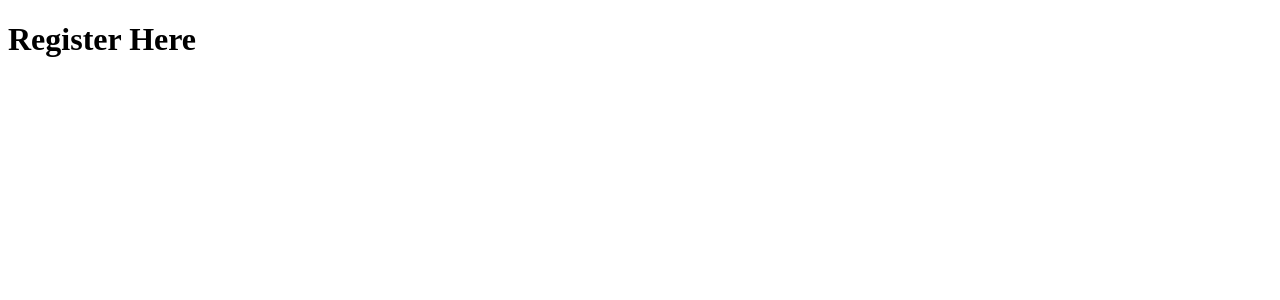
Repository: sunil965/JavaRepo
Page: WebProject/WebContent/registration.html
An editor plug-in stored every save of this project. The page is shown before and after the next save, followed by the edit.
The browser window is 1280 px wide. The pictures show the whole page.

Above is the page before, as saved 2017-04-26 12:19:28.

After the next save:
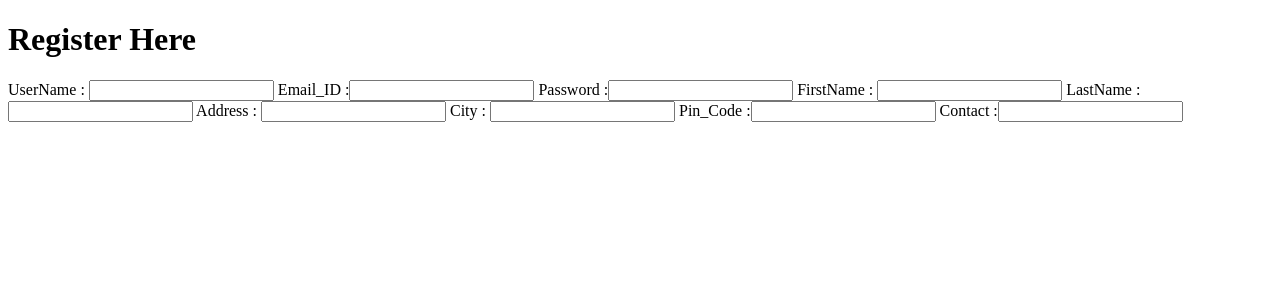
Saved 9 min 17 s later.
--- a/WebProject/WebContent/registration.html
+++ b/WebProject/WebContent/registration.html
@@ -6,6 +6,16 @@
 </head>
 <body>
 <h1>Register Here</h1>
-<form action="RegisterServlet" method="post"></form>
+<form action="RegisterServlet" method="post">
+ UserName : <input type="text" name="user"/>
+ Email_ID :<input type="text" name="eid"/>
+ Password :<input type="password" name="pwd"/>
+ FirstName : <input type="text" name="fname"/>
+ LastName : <input type="text" name="lname"/>
+ Address : <input type="text" name="address"/>
+ City : <input type="text" name="city"/>
+ Pin_Code :<input type="text" name="state"/>
+ Contact :<input type="text" name="contact"/>
+</form>
 </body>
 </html>
